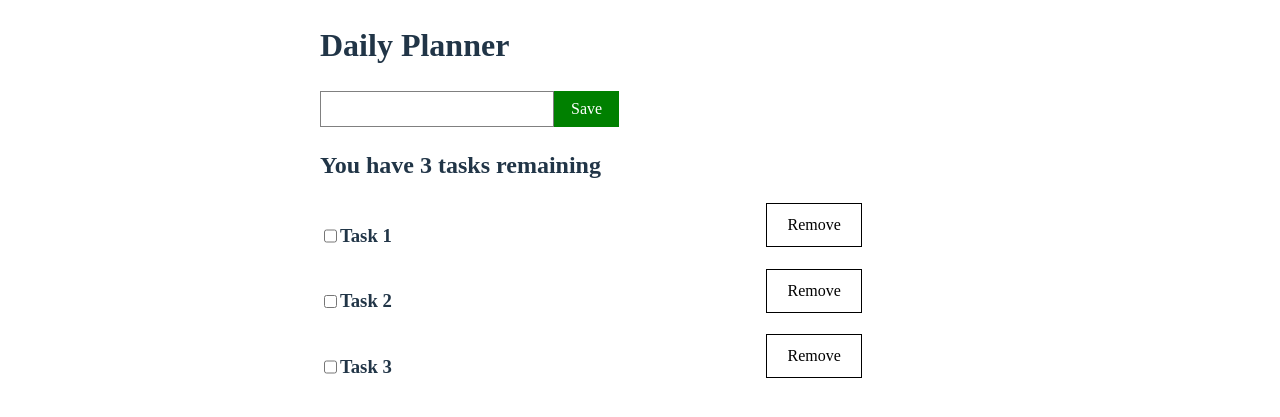
Repository: SamanthaYan298/my_planner
Page: /
The author's editor kept a copy of each file at every save. The page is drawn from the files as they stood at one save, then again after the next save.
The browser window is 1280 px wide. The pictures show the whole page.
The project was rebuilt for these pictures with package versions that can differ from the ones it lists, and the page was loaded fresh each time. Also part of the build but not shown: vite.config.js.

Above is the page before, as saved 2024-10-07 17:31:44.

### src/App.jsx
import { useState } from 'react'
import './App.css'

function App() {

  const [tasks, setTasks] =useState("new task ...");

  function handleChange(e) {
    setTasks(e.target.value);
  }

  return (
    <>
      <div className='main'>
        <h1>Daily Planner</h1>
        <form>
          <input
            type="text"
            className='form-input'
            value={handleChange}
          />
          <button className='form-btn'>Save</button>
        </form>
        <h2>You have 3 tasks remaining</h2>
        <div>
          <div className='task-list'>
            <input type="checkbox" />
            <h3>Task 1</h3>
            <button className='task-btn'>Remove</button>
          </div>

          <div className='task-list'>
            <input type="checkbox" />
            <h3>Task 2</h3>
            <button className='task-btn'>Remove</button>
          </div>

          <div className='task-list'>
            <input type="checkbox" />
            <h3>Task 3</h3>
            <button className='task-btn'>Remove</button>
          </div>
        </div>
      </div>
    </>
  )
}

export default App

### src/index.css
:root {
  font-family: Inter, system-ui, Avenir, Helvetica, Arial, sans-serif;
  line-height: 1.5;
  font-weight: 400;

  color-scheme: light dark;
  color: rgba(255, 255, 255, 0.87);
  background-color: #242424;

  font-synthesis: none;
  text-rendering: optimizeLegibility;
  -webkit-font-smoothing: antialiased;
  -moz-osx-font-smoothing: grayscale;
}

a {
  font-weight: 500;
  color: #646cff;
  text-decoration: inherit;
}
a:hover {
  color: #535bf2;
}

body {
  margin: 0;
  display: flex;
  flex-direction: column;
  align-items: flex-start;
  justify-content: flex-start;
  min-width: 320px;
  min-height: 100vh;
  padding-top: 0;
  text-align: left;
  left: 0;
}


/* h1 {
  font-size: 3.2em;
  line-height: 1.1;
} */

/* button {
  border-radius: 8px;
  border: 1px solid transparent;
  padding: 0.6em 1.2em;
  font-size: 1em;
  font-weight: 500;
  font-family: inherit;
  background-color: #1a1a1a;
  cursor: pointer;
  transition: border-color 0.25s;
}
button:hover {
  border-color: #646cff;
}
button:focus,
button:focus-visible {
  outline: 4px auto -webkit-focus-ring-color;
} */

@media (prefers-color-scheme: light) {
  :root {
    color: #213547;
    background-color: #ffffff;
  }
  a:hover {
    color: #747bff;
  }
  button {
    background-color: #f9f9f9;
  }
}

### src/App.css
#root {
  max-width: 100%;
  margin-left: 20em;
  padding: 0;
  top: 0;
  font-family: "Playfair Display", serif;
}

.main {
  text-align: left;
}

.task-list {
  display: flex;
  flex-direction: row;
}

.form-btn {
  background-color: green;
  border: 1px solid green;
  color: white;
  padding: 0.5em 1em;
  font-family: "Playfair Display", serif;
  font-size: 1em;
}

.task-btn {
  padding: 0.5em 1em;
  border: 1px solid;
  background-color: white;
  width: 6em;
  height: 2.75em;
  font-family: "Playfair Display", serif;
  font-size: 1em;
}

.form-input {
  padding: 0.5em 1em;
  border: 1px solid;
  height: 1.15em;
  font-family: "Playfair Display", serif;
  color: grey;
  font-size: 1em;
}



div h3 {
  padding-right: 20em;
}

Loaded but not shown: index.html (common file); src/main.jsx (common file)

After the next save:
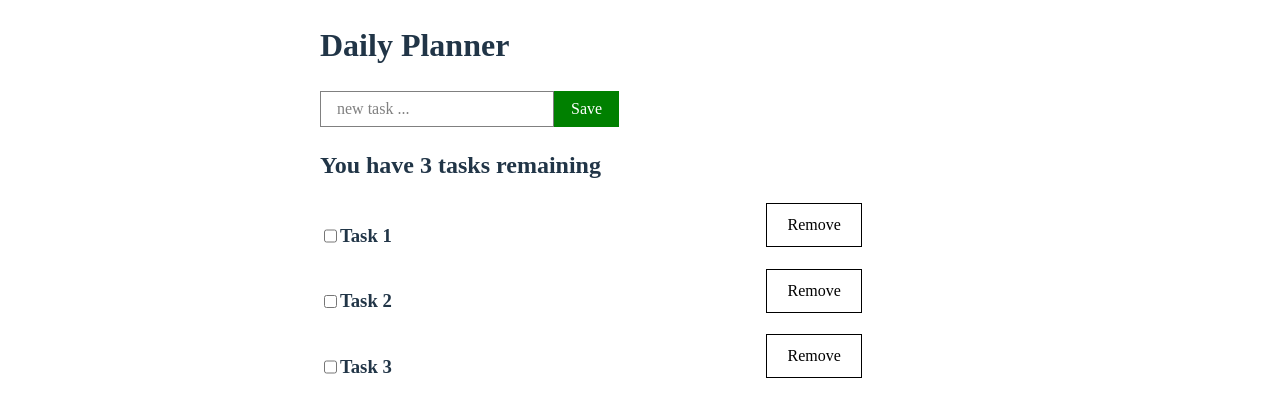
Saved 81 s later.
--- a/src/App.jsx
+++ b/src/App.jsx
@@ -17,7 +17,8 @@ function App() {
           <input
             type="text"
             className='form-input'
-            value={handleChange}
+            value={tasks}
+            onChange={handleChange}
           />
           <button className='form-btn'>Save</button>
         </form>
